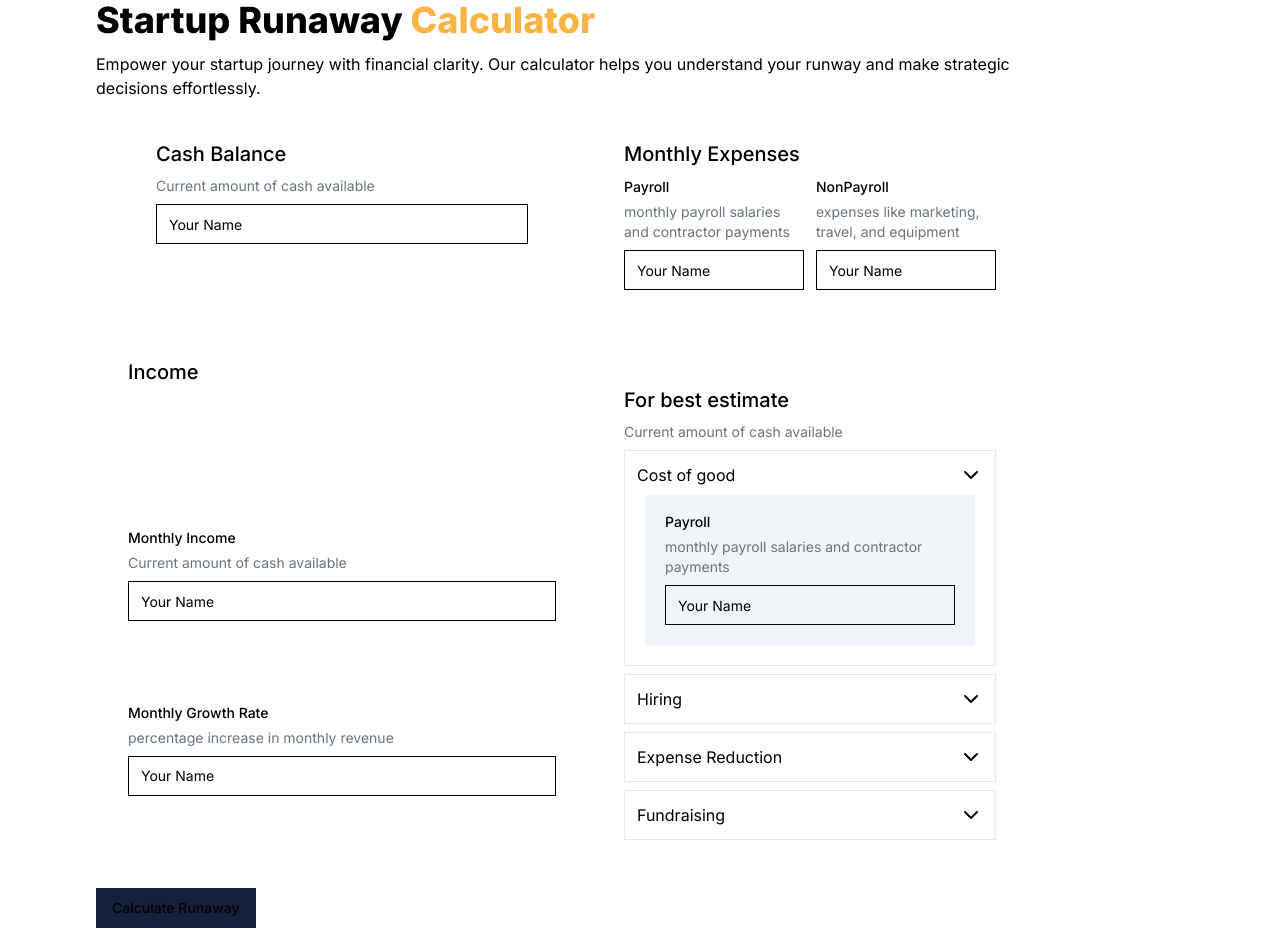
Repository: wossenF/startup-runaway-calculator
Page: /
The author's editor kept a copy of each file at every save. The page is drawn from the files as they stood at one save, then again after a run of saves.
The browser window is 1280 px wide. The pictures show the whole page.
The project was rebuilt for these pictures with package versions that can differ from the ones it lists, and the page was loaded fresh each time. The framework's server and built-in components were replaced by stand-ins that run in the browser. Also part of the build but not shown: next.config.mjs.

Above is the page before, as saved 2024-04-08 13:57:33.

After the next 2 saves:
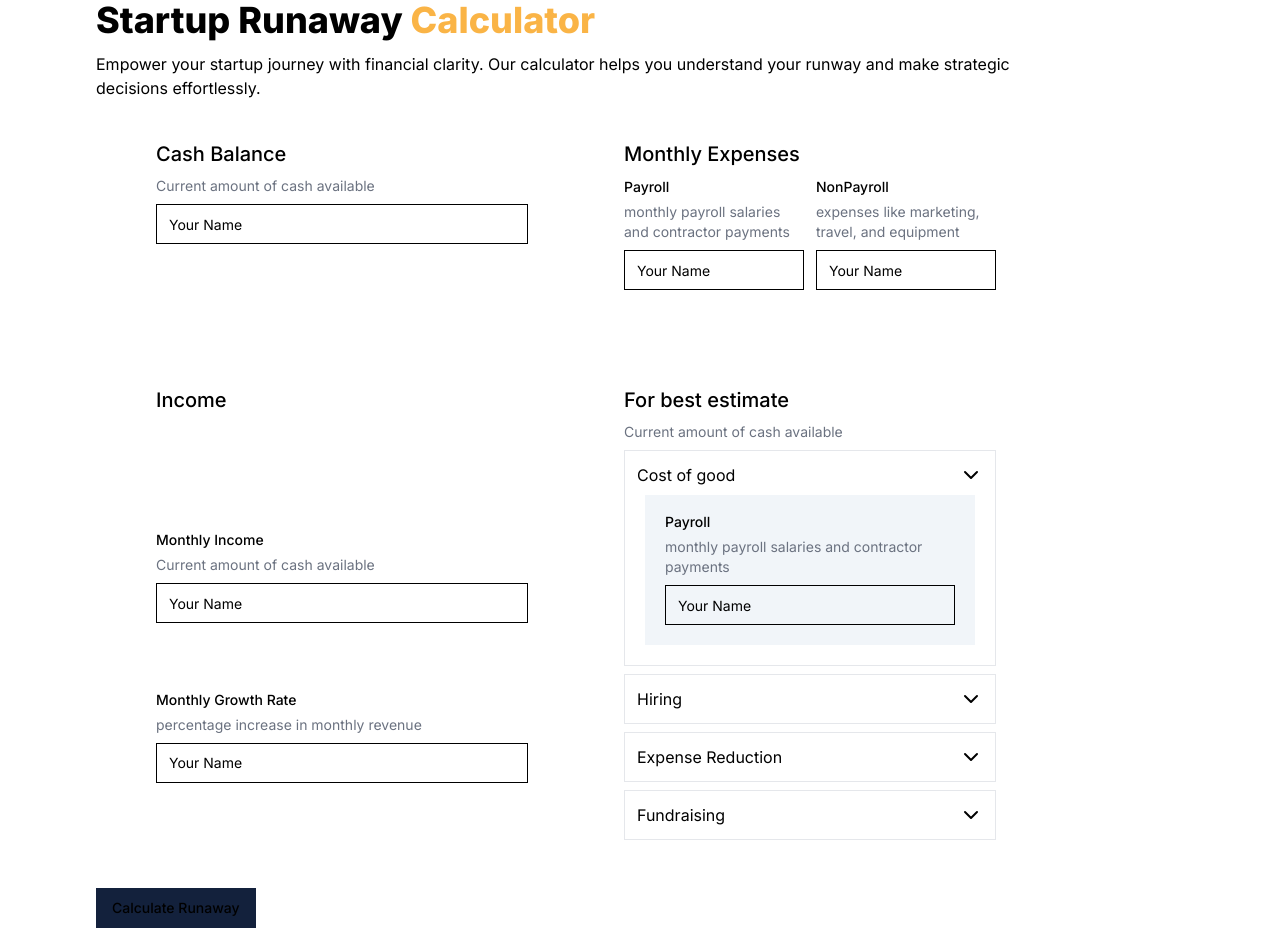
The 2 saves are shown as one change because they came seconds apart.
The last was saved 29 s later.
--- a/src/components/UserInput.tsx
+++ b/src/components/UserInput.tsx
@@ -41,9 +41,9 @@ const UserInput = () => {
         </div>
       </div>
 
-      <div className=" bg-secondary/50 rounded-lg  grid ">
+      <div className=" bg-secondary/50 rounded-lg p-7 grid ">
         <Label className="font-medium text-xl">Income</Label>
-        <div className="grid gap-3 ">
+        <div className="grid gap-3 pt-1">
           <div>
             <form className="grid gap-2">
               <Label className="">Monthly Income</Label>
